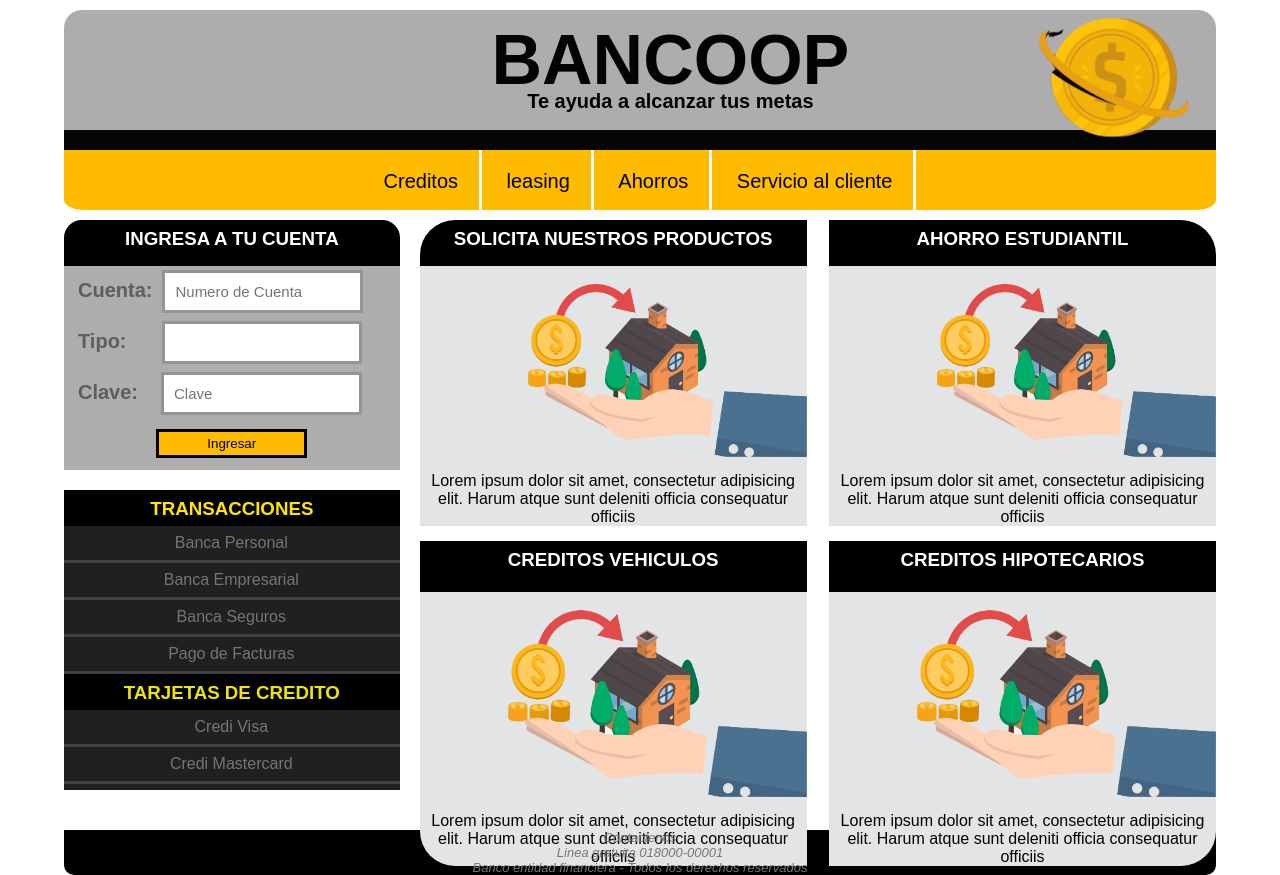
Repository: NickArregoces/BANCOOP
Page: Index.html
These files come from the project's save history. The page is drawn as it stood at one moment and after a run of saves; the edit follows.
The browser window is 1280 px wide. The pictures show the whole page.

Above is the page before, as saved 2021-10-04 17:23:46.

After the next 2 saves:
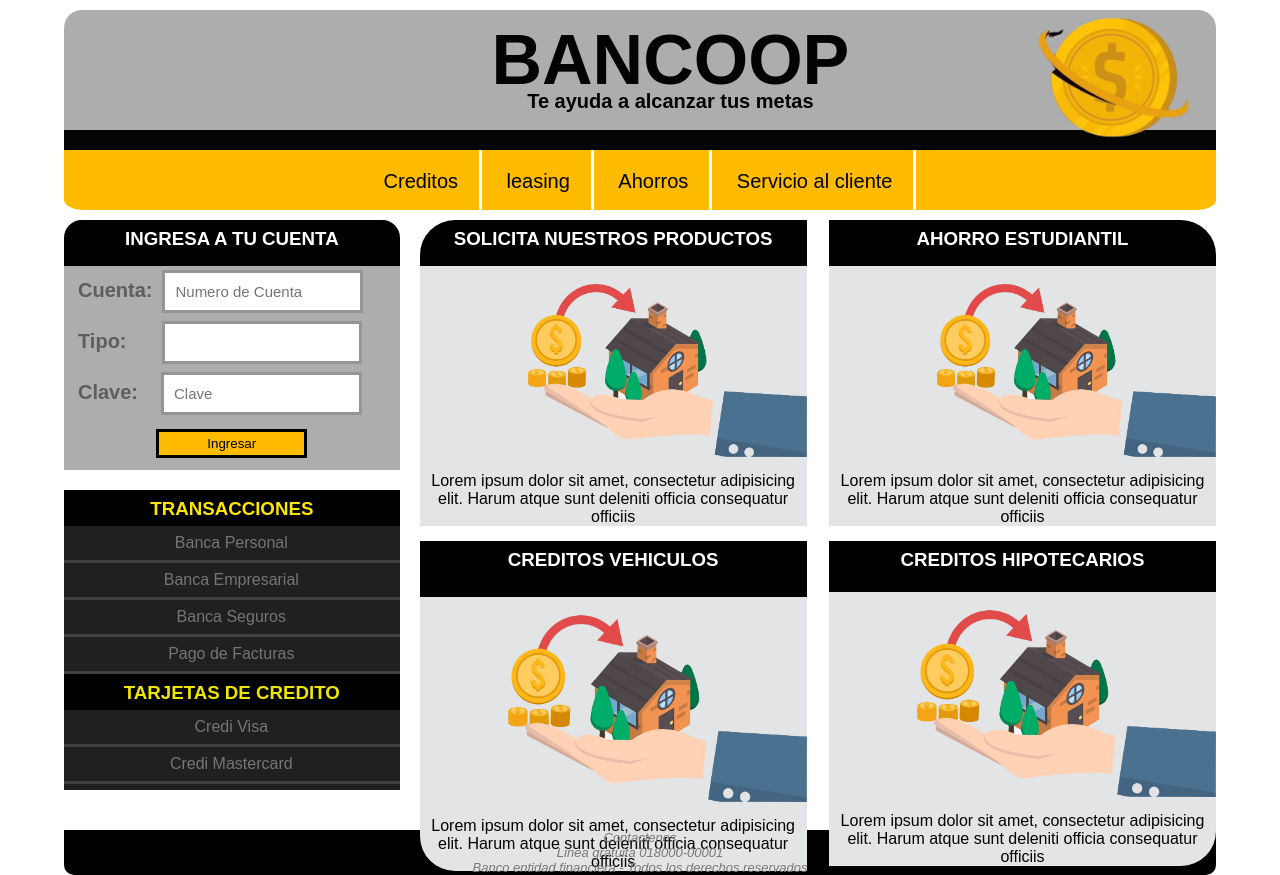
The 2 saves are shown as one change because they came seconds apart.
The last was saved 96 s later.
--- a/CSS/Style.css
+++ b/CSS/Style.css
@@ -243,7 +243,7 @@
             div.credito h3{
                 text-align: center;
                 background: black;
-                height: 35px;
+                height: 40px;
                 padding: 8px;
             }
             div.credito p{

After the save that followed:
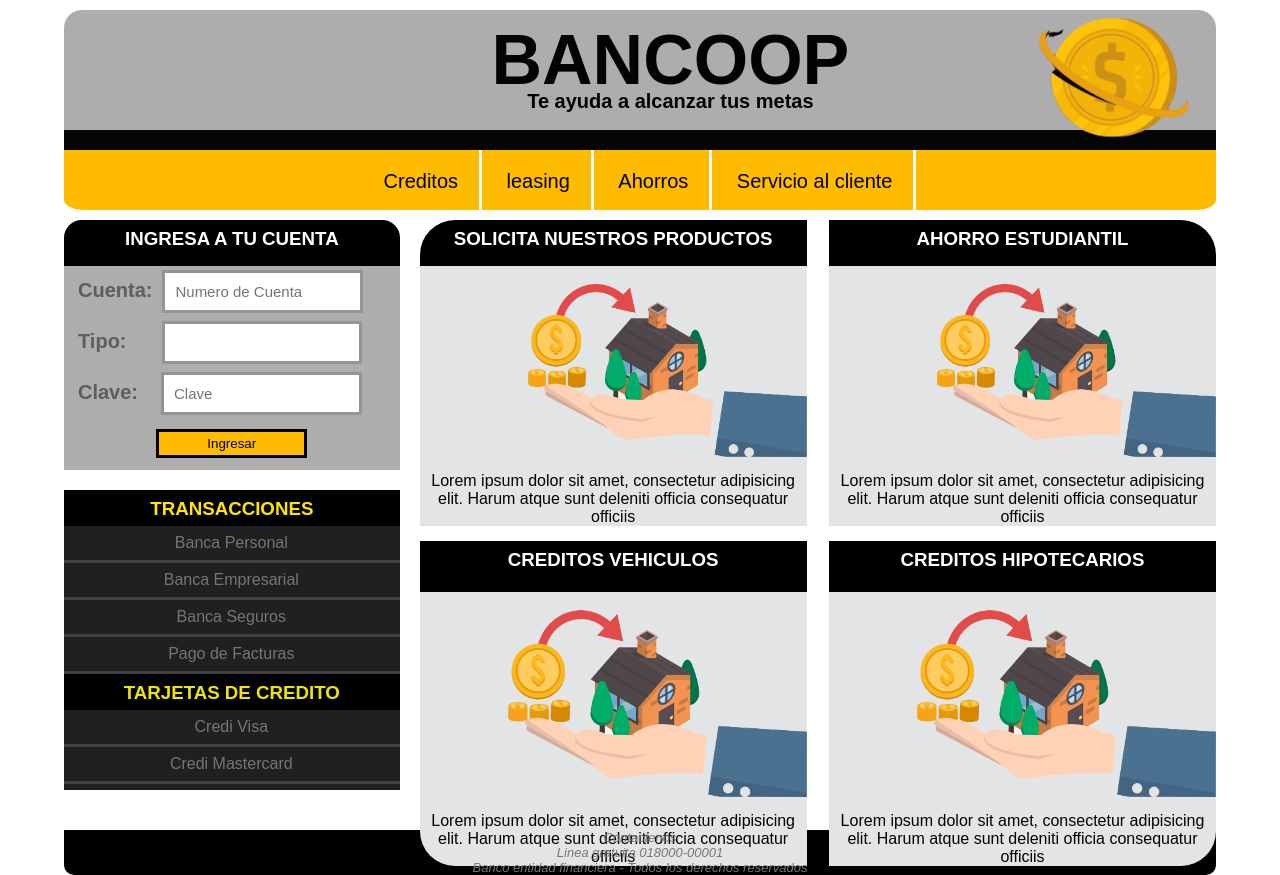
Saved 9 s later.
--- a/CSS/Style.css
+++ b/CSS/Style.css
@@ -243,7 +243,7 @@
             div.credito h3{
                 text-align: center;
                 background: black;
-                height: 40px;
+                height: 35px;
                 padding: 8px;
             }
             div.credito p{
